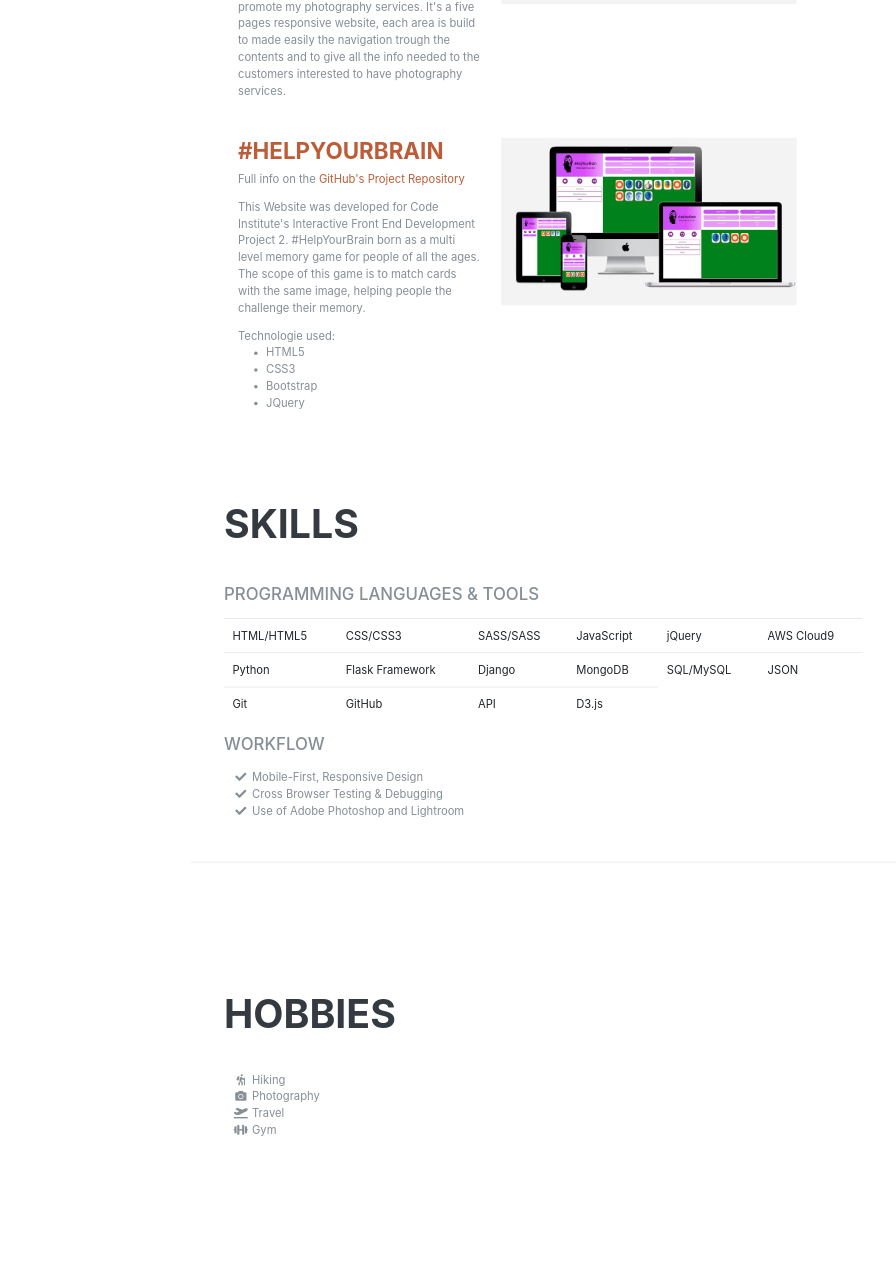
Repository: gello94/antonio_augello_online_Resume
Page: http://localhost/
The author's editor kept a record of every edit. The page is drawn from the files as they stood at one moment, then again after the next edit.
The browser window is 1280 px wide. The pictures show the part of the page from y = 2730 to 4650 px (the page is 4538 px tall before and 4674 px after), at 70% of full size.
Some web fonts or font styles are not loaded; a fallback is used. The page is served by the project's application, run on Flask 3 (run.py).

Above is the page before.

After the next edit:
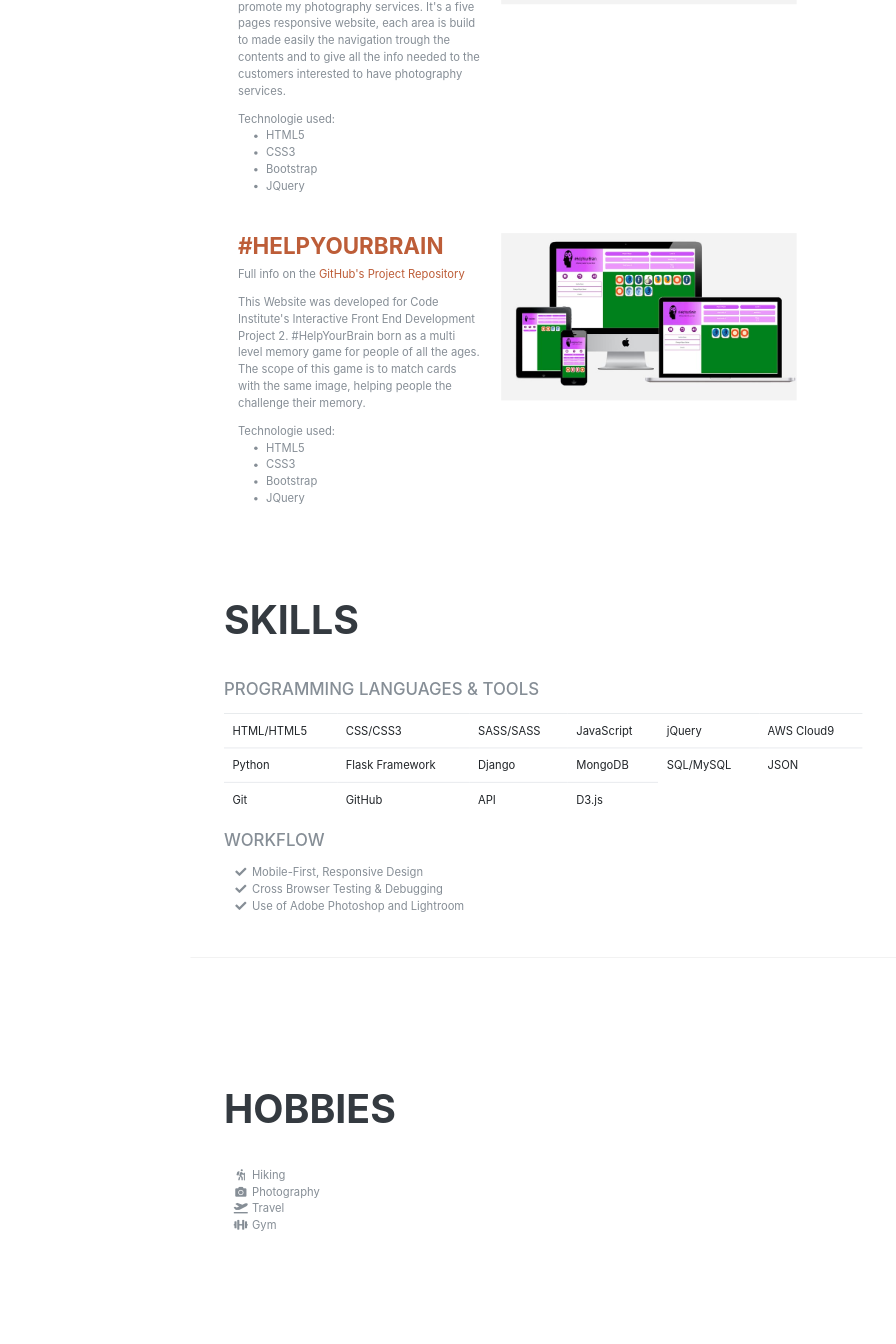
The edit:
--- a/templates/index.html
+++ b/templates/index.html
@@ -194,6 +194,15 @@
                     <p>This Website was developed for Code Institute's User Centic Front End Development Project 1 and is an advertising website of myself as photographer to promote my photography services. It's a five pages responsive website, each area
                       is build to made easily the navigation trough the contents and to give all the info needed to the customers interested to have photography services.
                     </p>
+                    <div class="list_technologies">
+                      <div>Technologie used:</div>
+                      <ul>
+                        <li>HTML5</li>
+                        <li>CSS3</li>
+                        <li>Bootstrap</li>
+                        <li>JQuery</li>
+                      </ul>
+                    </div>
                   </div>
                 </div>
                 <div class="col-xs-12 col-md-7">
